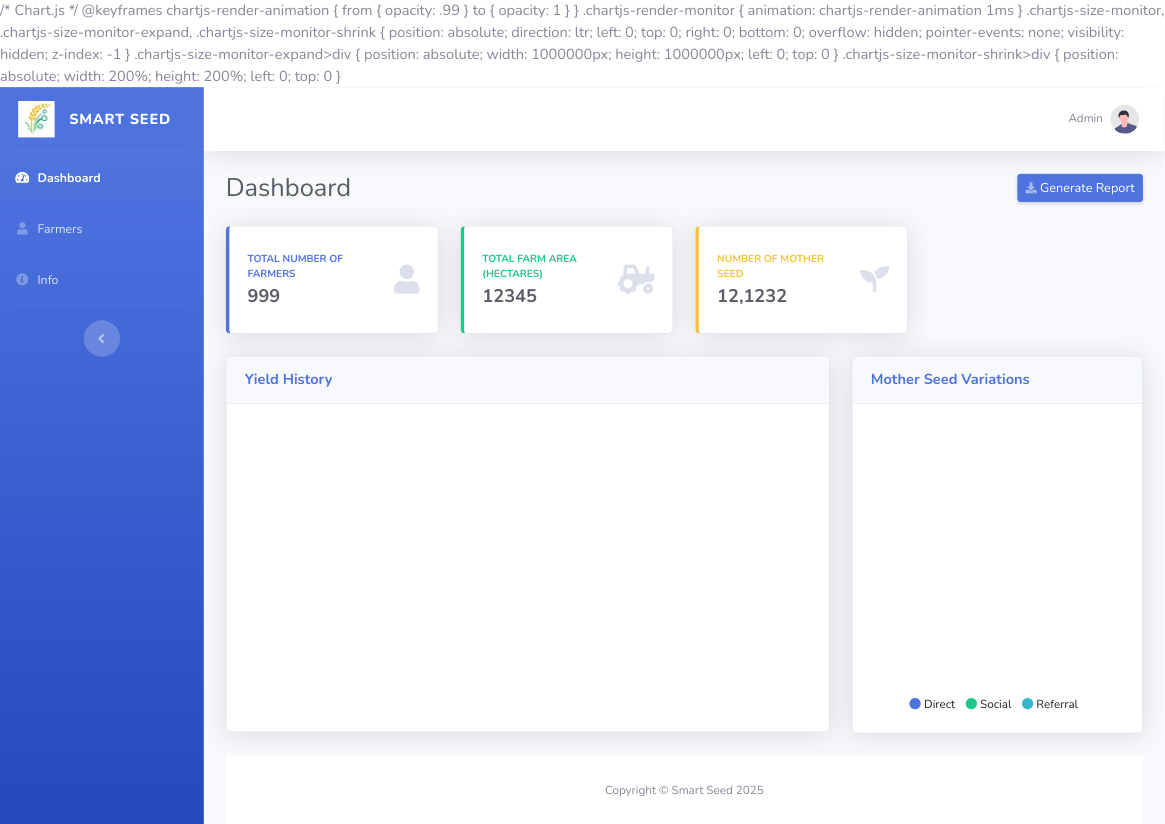
Repository: IFoundGeorge/Smart-Seed-v8-master
Page: src/index.html
The author's editor kept a copy of each file at every save. The page is drawn from the files as they stood at one save, then again after the next save.
The browser window is 1280 px wide. The pictures show the whole page, at 91% of full size.
The page's requests for data from a server got no answer. Some web libraries are served in a nearby version.

Above is the page before, as saved 2025-03-12 11:42:59.

### src/index.html
<html lang="en">

<head>

    <meta charset="utf-8">
    <meta http-equiv="X-UA-Compatible" content="IE=edge">
    <meta name="viewport" content="width=device-width, initial-scale=1, shrink-to-fit=no">
    <meta name="description" content="">
    <meta name="author" content="">

    <title>Smart Seed</title>

    <link href="../node_modules/bootstrap/dist/css/bootstrap.min.css" rel="stylesheet" type="text/css" />

    <!-- Custom fonts for this template-->
    <link href="../node_modules/startbootstrap-sb-admin-2/vendor/fontawesome-free/css/all.min.css" rel="stylesheet" type="text/css">
    <link
        href="https://fonts.googleapis.com/css?family=Nunito:200,200i,300,300i,400,400i,600,600i,700,700i,800,800i,900,900i"
        rel="stylesheet">

    <!-- Custom styles for this template-->
    <link href="../node_modules/startbootstrap-sb-admin-2/css/sb-admin-2.min.css" rel="stylesheet">

    <link href="../css/sb-admin-2.css" rel="stylesheet">
        /* Chart.js */
        @keyframes chartjs-render-animation {
            from {
                opacity: .99
            }

            to {
                opacity: 1
            }
        }

        .chartjs-render-monitor {
            animation: chartjs-render-animation 1ms
        }

        .chartjs-size-monitor,
        .chartjs-size-monitor-expand,
        .chartjs-size-monitor-shrink {
            position: absolute;
            direction: ltr;
            left: 0;
            top: 0;
            right: 0;
            bottom: 0;
            overflow: hidden;
            pointer-events: none;
            visibility: hidden;
            z-index: -1
        }

        .chartjs-size-monitor-expand>div {
            position: absolute;
            width: 1000000px;
            height: 1000000px;
            left: 0;
            top: 0
        }

        .chartjs-size-monitor-shrink>div {
            position: absolute;
            width: 200%;
            height: 200%;
            left: 0;
            top: 0
        }
    </style>
</head>

<body id="page-top">

    <!-- Page Wrapper -->
    <body id="page-top">

        <!-- Page Wrapper -->
        <div id="wrapper">

            <!-- Sidebar -->
            <ul class="navbar-nav bg-gradient-primary sidebar sidebar-dark accordion" id="accordionSidebar">

                <!-- Sidebar - Brand -->
                <a class="sidebar-brand d-flex align-items-center justify-content-center" href="index.html">

                        <img src="../img/smartseed_logo.jpg" alt="Smart Seed Logo">

                    <div class="sidebar-brand-text mx-3">Smart Seed</div>
                </a>

                <!-- Divider -->
                <hr class="sidebar-divider my-0">

                <!-- Nav Item - Dashboard -->
                <li class="nav-item active">
                    <a class="nav-link" href="index.html">
                        <i class="fas fa-fw fa-tachometer-alt"></i>
                        <span>Dashboard</span></a>
                </li>


                <!-- Nav Item - Farmers -->
                <li class="nav-item">
                    <a class="nav-link" href="farmers.html">
                        <i class="fas fa-fw fa-user"></i>
                        <span>Farmers</span></a>
                </li>

                <!-- Nav Item - Info -->
                <li class="nav-item">
                    <a class="nav-link" href="info.html">
                        <i class="fas fa-fw fa-info-circle"></i>
                        <span>Info</span></a>
                </li>

                <!-- Divider -->
                <hr class="sidebar-divider d-none d-md-block">

                <!-- Sidebar Toggler (Sidebar) -->
                <div class="text-center d-none d-md-inline">
                    <button class="rounded-circle border-0" id="sidebarToggle"></button>
                </div>



            </ul>
            <!-- End of Sidebar -->

            <!-- Content Wrapper -->
            <div id="content-wrapper" class="d-flex flex-column">

                <!-- Main Content -->
                <div id="content">

                    <!-- Topbar -->
                    <nav class="navbar navbar-expand navbar-light bg-white topbar mb-4 static-top shadow">

                        <!-- Sidebar Toggle (Topbar) -->
                        <button id="sidebarToggleTop" class="btn btn-link d-md-none rounded-circle mr-3">
                            <i class="fa fa-bars"></i>
                        </button>



                        <!-- Topbar Navbar -->
                        <ul class="navbar-nav ml-auto">

                            <!-- Nav Item - Search Dropdown (Visible Only XS) -->
                            <li class="nav-item dropdown no-arrow d-sm-none">
                                <a class="nav-link dropdown-toggle" href="#" id="searchDropdown" role="button"
                                    data-toggle="dropdown" aria-haspopup="true" aria-expanded="false">
                                    <i class="fas fa-search fa-fw"></i>
                                </a>
                                <!-- Dropdown - Messages -->
                                <div class="dropdown-menu dropdown-menu-right p-3 shadow animated--grow-in"
                                    aria-labelledby="searchDropdown">
                                    <form class="form-inline mr-auto w-100 navbar-search">
                                        <div class="input-group">
                                            <input type="text" class="form-control bg-light border-0 small"
                                                placeholder="Search for..." aria-label="Search"
                                                aria-describedby="basic-addon2">
                                            <div class="input-group-append">
                                                <button class="btn btn-primary" type="button">
                                                    <i class="fas fa-search fa-sm"></i>
                                                </button>
                                            </div>
                                        </div>
                                    </form>
                                </div>
                            </li>



                            <!-- Nav Item - User Information -->
                            <li class="nav-item dropdown no-arrow">
                                <a class="nav-link dropdown-toggle" href="#" id="userDropdown" role="button"
                                    data-toggle="dropdown" aria-haspopup="true" aria-expanded="false">
                                    <span class="mr-2 d-none d-lg-inline text-gray-600 small">Admin</span>
                                    <img class="img-profile rounded-circle"
                                        src="../img/undraw_profile.svg">
                                </a>
                                <!-- Dropdown - User Information -->
                                <div class="dropdown-menu dropdown-menu-right shadow animated--grow-in"
                                    aria-labelledby="userDropdown">
                                    <a class="dropdown-item" href="#">
                                        <i class="fas fa-user fa-sm fa-fw mr-2 text-gray-400"></i>
                                        Profile
                                    </a>
                                    <div class="dropdown-divider"></div>
                                    <a class="dropdown-item" href="#" data-toggle="modal" data-target="#logoutModal">
                                        <i class="fas fa-sign-out-alt fa-sm fa-fw mr-2 text-gray-400"></i>
                                        Logout
                                    </a>
                                </div>
                            </li>

                        </ul>

                    </nav>
                    <!-- End of Topbar -->

                    <!-- Begin Page Content -->
                    <div class="container-fluid">

                        <!-- Page Heading -->
                        <div class="d-sm-flex align-items-center justify-content-between mb-4">
                            <h1 class="h3 mb-0 text-gray-800">Dashboard</h1>
                            <a href="#" class="d-none d-sm-inline-block btn btn-sm btn-primary shadow-sm"><i
                                    class="fas fa-download fa-sm text-white-50"></i> Generate Report</a>
                        </div>

                        <!-- Content Row -->
                        <div class="row">

                            <!-- Farmers Card  -->
                            <div class="col-xl-3 col-md-6 mb-4">
                                <div class="card border-left-primary shadow h-100 py-2">
                                    <div class="card-body">
                                        <div class="row no-gutters align-items-center">
                                            <div class="col mr-2">
                                                <div class="text-xs font-weight-bold text-primary text-uppercase mb-1">
                                                    Total Number of Farmers </div>
                                                <div class="h5 mb-0 font-weight-bold text-gray-800">999</div>
                                            </div>
                                            <div class="col-auto">
                                                <i class="fas fa-user fa-2x text-gray-300"></i>
                                            </div>
                                        </div>
                                    </div>
                                </div>
                            </div>

                            <!-- Total Farm Land -->
                            <div class="col-xl-3 col-md-6 mb-4">
                                <div class="card border-left-success shadow h-100 py-2">
                                    <div class="card-body">
                                        <div class="row no-gutters align-items-center">
                                            <div class="col mr-2">
                                                <div class="text-xs font-weight-bold text-success text-uppercase mb-1">
                                                    Total Farm Area (Hectares)</div>
                                                <div class="h5 mb-0 font-weight-bold text-gray-800">12345</div>
                                            </div>
                                            <div class="col-auto">
                                                <i class="fas fa-tractor fa-2x text-gray-300"></i>
                                            </div>
                                        </div>
                                    </div>
                                </div>
                            </div>


                            <!-- Number of Mother seed -->
                            <div class="col-xl-3 col-md-6 mb-4">
                                <div class="card border-left-warning shadow h-100 py-2">
                                    <div class="card-body">
                                        <div class="row no-gutters align-items-center">
                                            <div class="col mr-2">
                                                <div class="text-xs font-weight-bold text-warning text-uppercase mb-1">
                                                    Number of Mother Seed</div>
                                                <div class="h5 mb-0 font-weight-bold text-gray-800">12,1232</div>
                                            </div>
                                            <div class="col-auto">
                                                <i class="fas fa-seedling fa-2x text-gray-300"></i>
                                            </div>
                                        </div>
                                    </div>
                                </div>
                            </div>
                        </div>

                        <!-- Content Row -->

                        <div class="row">

                            <!-- Area Chart -->
                            <div class="col-xl-8 col-lg-7">
                                <div class="card shadow mb-4">
                                    <!-- Card Header - Dropdown -->
                                    <div
                                        class="card-header py-3 d-flex flex-row align-items-center justify-content-between">
                                        <h6 class="m-0 font-weight-bold text-primary">Yield History</h6>
                                        <!-- Removed dropdown menu -->
                                    </div>
                                    <!-- Card Body -->
                                    <div class="card-body">
                                        <div class="chart-area">
                                            <canvas id="myAreaChart"></canvas>
                                        </div>
                                    </div>
                                </div>
                            </div>

                            <!-- Pie Chart -->
                            <div class="col-xl-4 col-lg-5">
                                <div class="card shadow mb-4">
                                    <!-- Card Header - Dropdown -->
                                    <div
                                        class="card-header py-3 d-flex flex-row align-items-center justify-content-between">
                                        <h6 class="m-0 font-weight-bold text-primary">Mother Seed Variations</h6>
                                    </div>
                                    <!-- Card Body -->
                                    <div class="card-body">
                                        <div class="chart-pie pt-4 pb-2">
                                            <canvas id="myPieChart"></canvas>
                                        </div>
                                        <div class="mt-4 text-center small">
                                            <span class="mr-2">
                                                <i class="fas fa-circle text-primary"></i> Direct
                                            </span>
                                            <span class="mr-2">
                                                <i class="fas fa-circle text-success"></i> Social
                                            </span>
                                            <span class="mr-2">
                                                <i class="fas fa-circle text-info"></i> Referral
                                            </span>
                                        </div>
                                    </div>
                                </div>
                            </div>
                        </div>

                        <!-- Content Row -->
                        <div class="row">

                            <!-- Content Column -->



                </div>
                <!-- End of Main Content -->

                <!-- Footer -->
                <footer class="sticky-footer bg-white">
                    <div class="container my-auto">
                        <div class="copyright text-center my-auto">
                            <span>Copyright &copy; Smart Seed 2025</span>
                        </div>
                    </div>
                </footer>
                <!-- End of Footer -->

            </div>
            <!-- End of Content Wrapper -->

        </div>
        <!-- End of Page Wrapper -->

        <!-- Scroll to Top Button-->
        <a class="scroll-to-top rounded" href="#page-top">
            <i class="fas fa-angle-up"></i>
        </a>

        <!-- Logout Modal-->
        <div class="modal fade" id="logoutModal" tabindex="-1" role="dialog" aria-labelledby="exampleModalLabel"
            aria-hidden="true">
            <div class="modal-dialog" role="document">
                <div class="modal-content">
                    <div class="modal-header">
                        <h5 class="modal-title" id="exampleModalLabel">Ready to Leave?</h5>
                        <button class="close" type="button" data-dismiss="modal" aria-label="Close">
                            <span aria-hidden="true">×</span>
                        </button>
                    </div>
                    <div class="modal-body">Select "Logout" below if you are ready to end your current session.</div>
                    <div class="modal-footer">
                        <button class="btn btn-secondary" type="button" data-dismiss="modal">Cancel</button>
                        <a class="btn btn-primary" href="login.html">Logout</a>
                    </div>
                </div>
            </div>
        </div>

        <!-- Bootstrap core JavaScript-->
        <script src="vendor/jquery/jquery.min.js"></script>
        <script src="vendor/bootstrap/js/bootstrap.bundle.min.js"></script>

        <!-- Core plugin JavaScript-->
        <script src="vendor/jquery-easing/jquery.easing.min.js"></script>

        <!-- Custom scripts for all pages-->
        <script src="js/sb-admin-2.min.js"></script>

        <!-- Page level plugins -->
        <script src="vendor/chart.js/Chart.min.js"></script>

        <!-- Page level custom scripts -->
        <script src="js/demo/chart-area-demo.js"></script>
        <script src="js/demo/chart-pie-demo.js"></script>

    </body>

    </html>

Loaded but not shown: vendor/fontawesome-free/css/all.min.css (library); css/sb-admin-2.min.css (library); vendor/jquery/jquery.min.js (library); vendor/bootstrap/js/bootstrap.bundle.min.js (library); vendor/jquery-easing/jquery.easing.min.js (common file); js/sb-admin-2.min.js (common file); vendor/chart.js/Chart.min.js (library); js/demo/chart-area-demo.js (132 lines, source omitted); js/demo/chart-pie-demo.js (40 lines, source omitted); css/sb-admin-2.css (no copy from this time; the picture is the same without it)

After the next save:
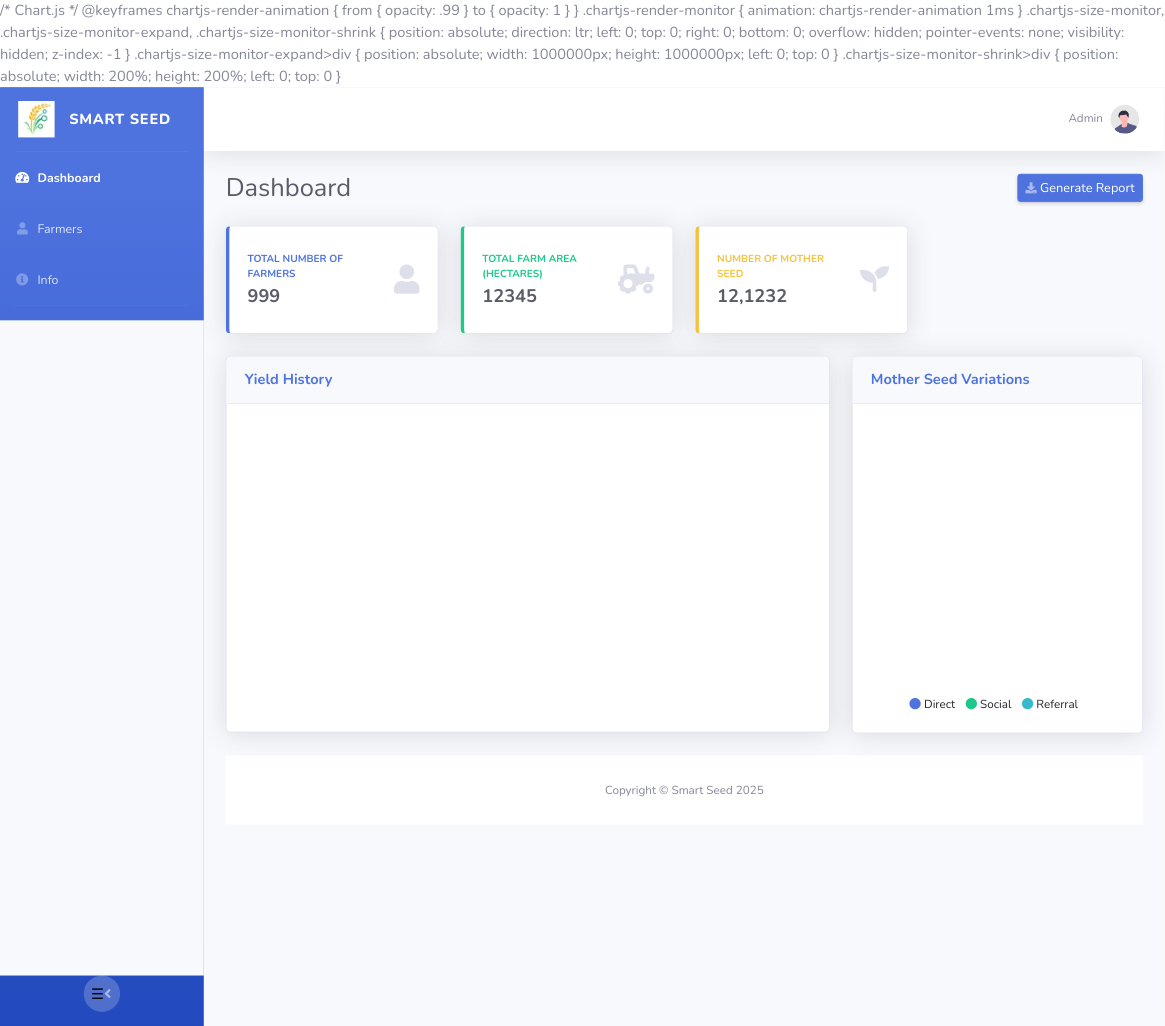
Saved 3 min 53 s later.
--- a/src/index.html
+++ b/src/index.html
@@ -117,10 +117,22 @@
                 <!-- Divider -->
                 <hr class="sidebar-divider d-none d-md-block">
 
+                <div id="sidebar" class="sidebar bg-light">
+                    <!-- Sidebar Content -->
+                </div>
+
                 <!-- Sidebar Toggler (Sidebar) -->
                 <div class="text-center d-none d-md-inline">
-                    <button class="rounded-circle border-0" id="sidebarToggle"></button>
+                    <button class="rounded-circle border-0" id="sidebarToggle">☰</button>
                 </div>
+
+                <!-- JavaScript -->
+                <script>
+                    document.getElementById("sidebarToggle").addEventListener("click", function() {
+                        let sidebar = document.getElementById("sidebar");
+                        sidebar.classList.toggle("d-none"); // Hides or shows sidebar
+                    });
+                </script>
 
 
 

After the save that followed:
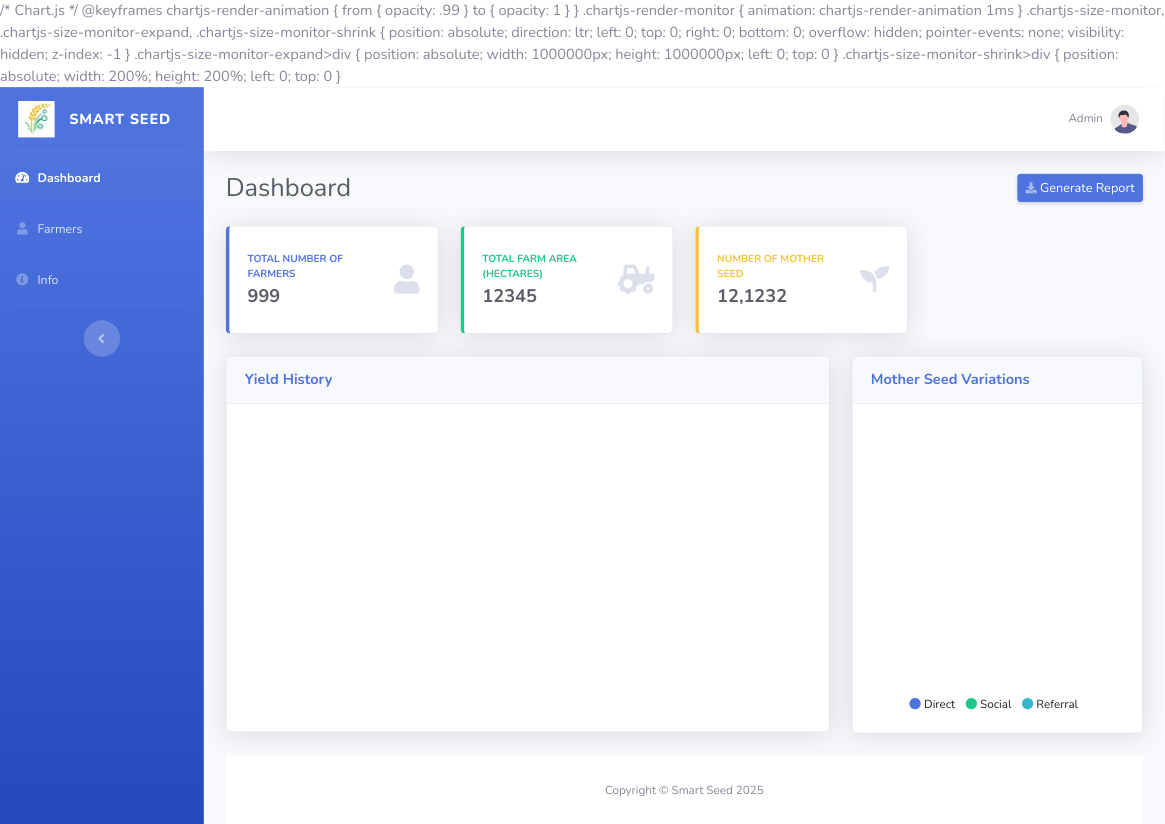
Saved 3 min 12 s later.
--- a/src/index.html
+++ b/src/index.html
@@ -117,22 +117,10 @@
                 <!-- Divider -->
                 <hr class="sidebar-divider d-none d-md-block">
 
-                <div id="sidebar" class="sidebar bg-light">
-                    <!-- Sidebar Content -->
-                </div>
-
                 <!-- Sidebar Toggler (Sidebar) -->
                 <div class="text-center d-none d-md-inline">
-                    <button class="rounded-circle border-0" id="sidebarToggle">☰</button>
+                    <button class="rounded-circle border-0" id="sidebarToggle"></button>
                 </div>
-
-                <!-- JavaScript -->
-                <script>
-                    document.getElementById("sidebarToggle").addEventListener("click", function() {
-                        let sidebar = document.getElementById("sidebar");
-                        sidebar.classList.toggle("d-none"); // Hides or shows sidebar
-                    });
-                </script>
 
 
 
@@ -391,14 +379,14 @@
         <script src="vendor/jquery-easing/jquery.easing.min.js"></script>
 
         <!-- Custom scripts for all pages-->
-        <script src="js/sb-admin-2.min.js"></script>
+        <script src="../js/sb-admin-2.min.js"></script>
 
         <!-- Page level plugins -->
         <script src="vendor/chart.js/Chart.min.js"></script>
 
         <!-- Page level custom scripts -->
-        <script src="js/demo/chart-area-demo.js"></script>
-        <script src="js/demo/chart-pie-demo.js"></script>
+        <script src="../js/demo/chart-area-demo.js"></script>
+        <script src="../js/demo/chart-pie-demo.js"></script>
 
     </body>
 
